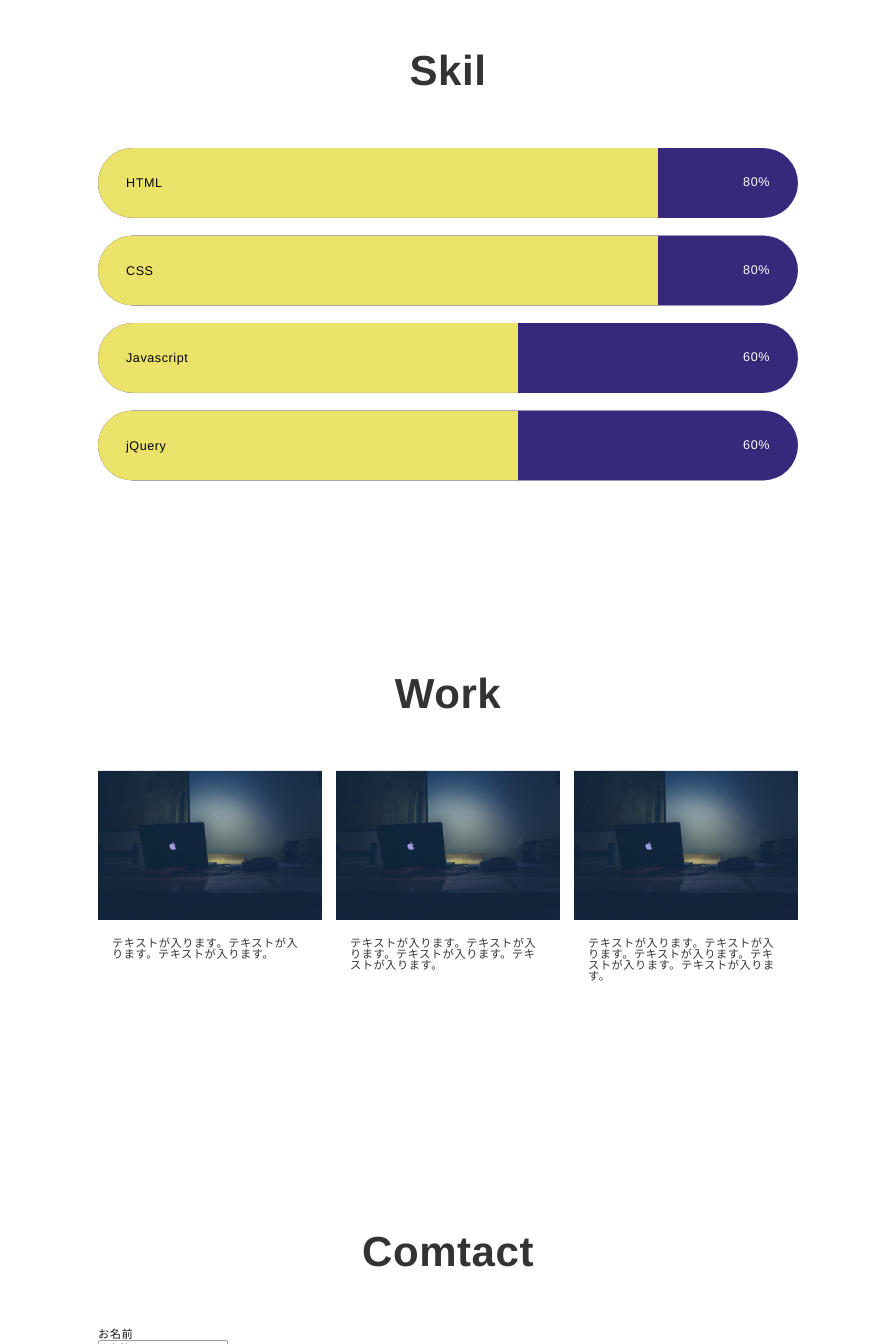
Repository: sadayuki15/portfolio
Page: index.html
The author's editor kept a copy of each file at every save. The page is drawn from the files as they stood at one save, then again after a run of saves.
The browser window is 1280 px wide. The pictures show the part of the page from y = 1665 to 3585 px (the page is 3896 px tall before and 3916 px after), at 70% of full size.

Above is the page before, as saved 2021-04-22 23:25:04.

After the next 3 saves:
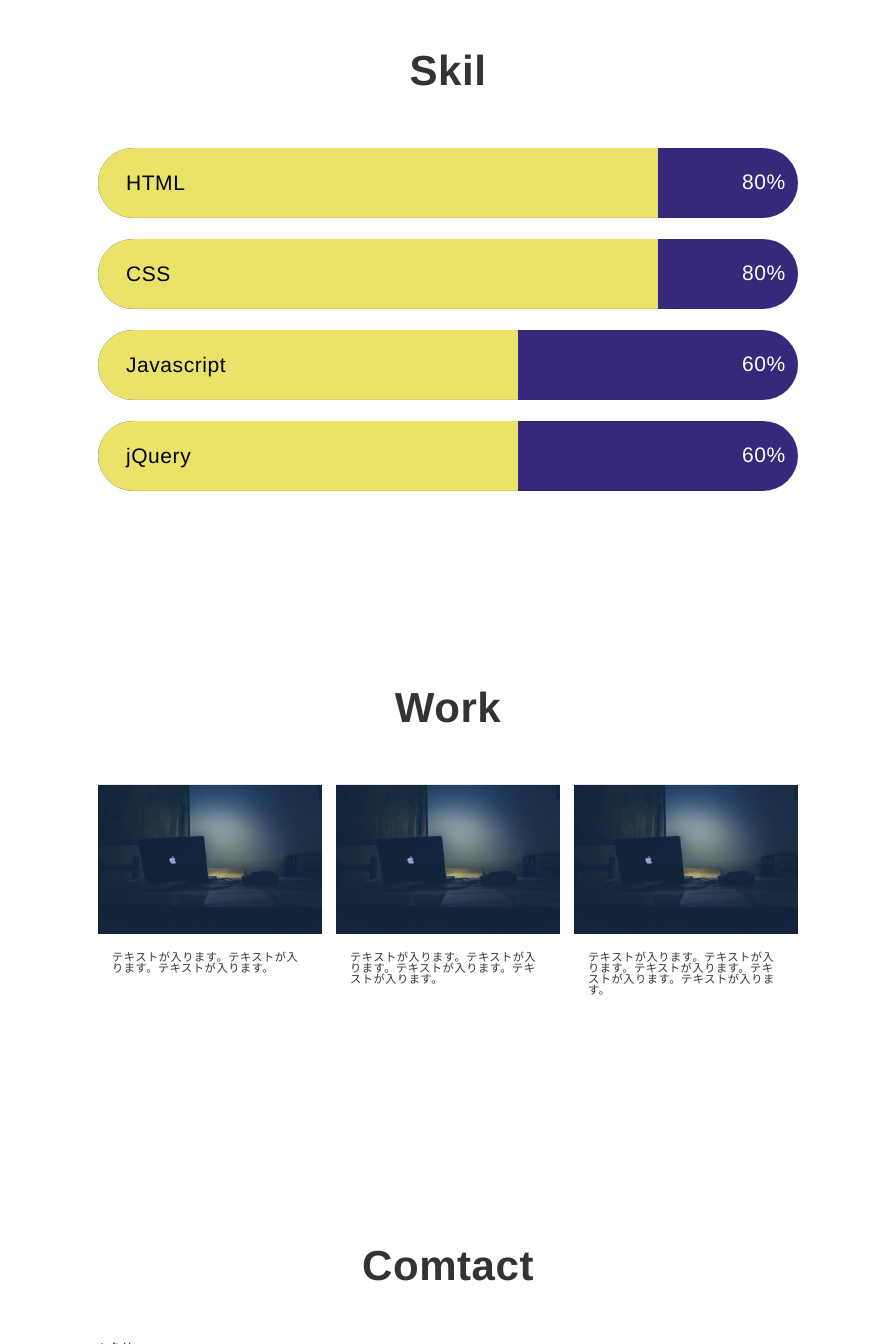
The 3 saves are shown as one change because they came seconds apart.
The last was saved 8 s later.
--- a/css/style.css
+++ b/css/style.css
@@ -201,7 +201,9 @@ img {
 }
 
 /*-------contact-------*/
-.contact-lis
+.contact-list {
+  max-width: ;
+}
 
 /*-------media-------*/
 @media screen and (min-width: 1000px) {
